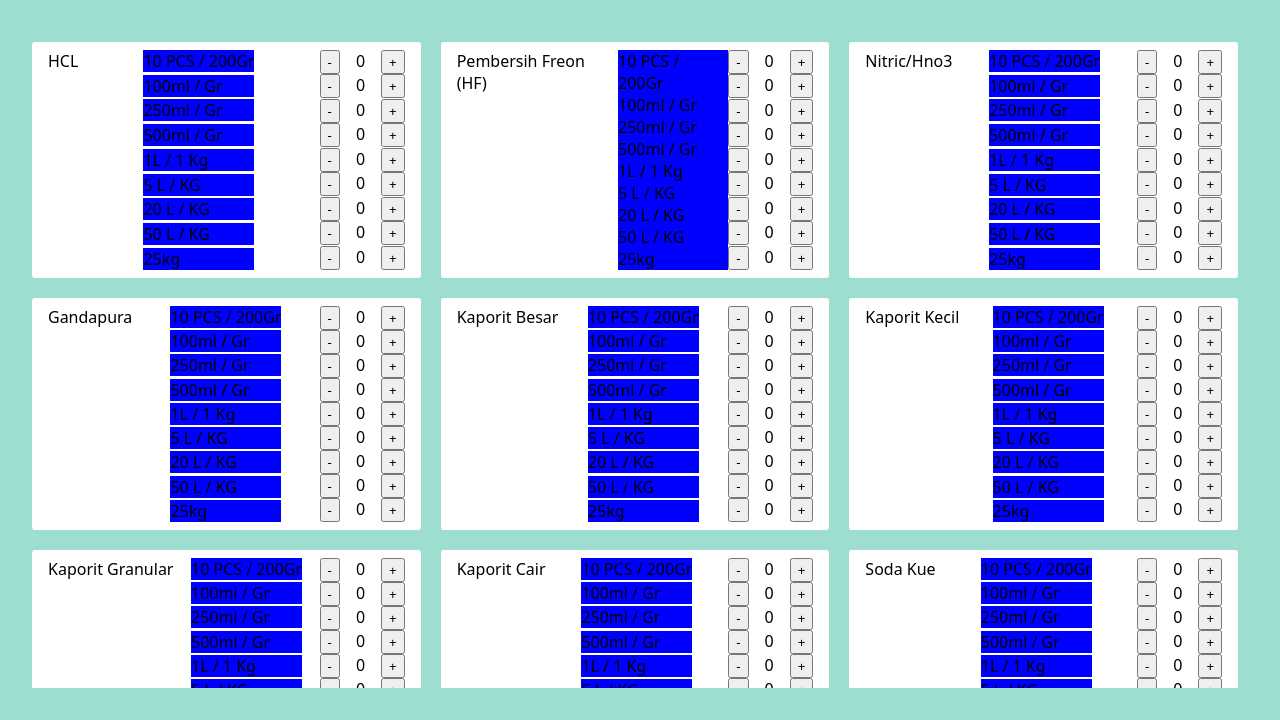
Repository: zuraniumlab-design/upstock-amsk
Page: /
The author's editor kept a copy of each file at every save. The page is drawn from the files as they stood at one save, then again after the next save.
The browser window is 1280 px wide. The pictures show the whole page.
An inner scrolling area shows only its first screen. The project was rebuilt for these pictures with package versions that can differ from the ones it lists, and the page was loaded fresh each time. Also part of the build but not shown: vite.config.js.

Above is the page before, as saved 2026-06-18 16:47:04.

After the next save:
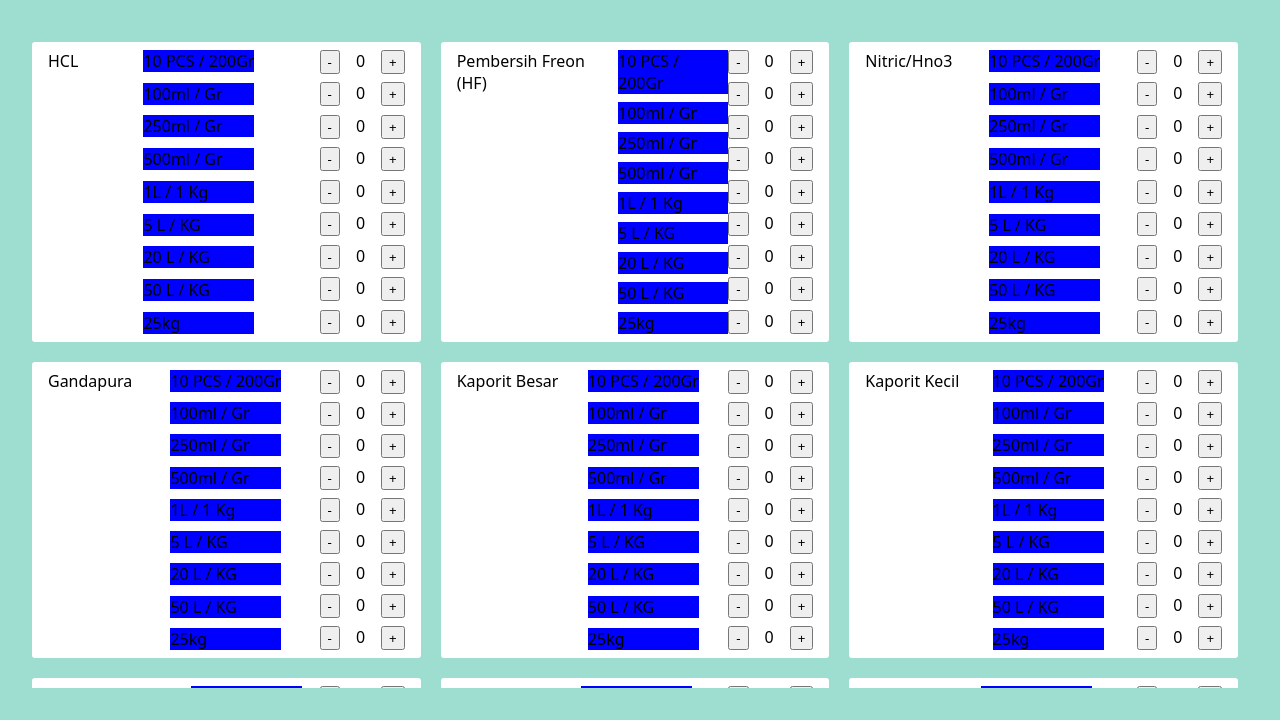
Saved 13 s later.
--- a/src/App.module.css
+++ b/src/App.module.css
@@ -44,6 +44,7 @@
 
 .displays, .stocks {
   justify-content: space-between;
+  gap: 0.5rem;
   flex-direction: column;
 }
 
